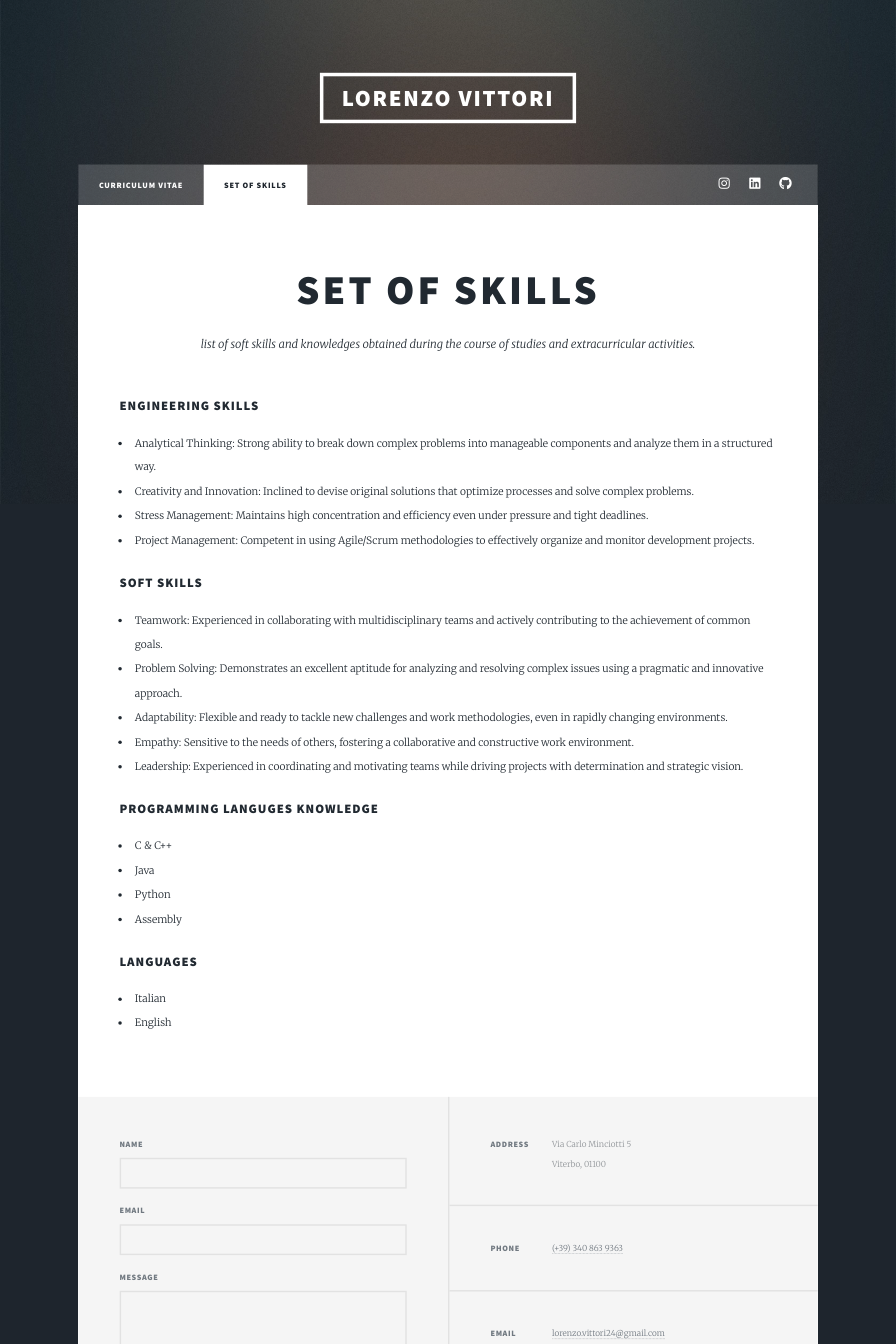
Repository: Vittori00/vittori00.github.io
Page: generic.html
These files come from the project's save history. The page is drawn as it stood at one moment and after the next save; the edit follows.
The browser window is 1280 px wide. The pictures show the part of the page from y = 0 to 1920 px (the page is 2298 px tall before and 3231 px after), at 70% of full size.

Above is the page before, as saved 2025-07-08 10:03:40.

After the next save:
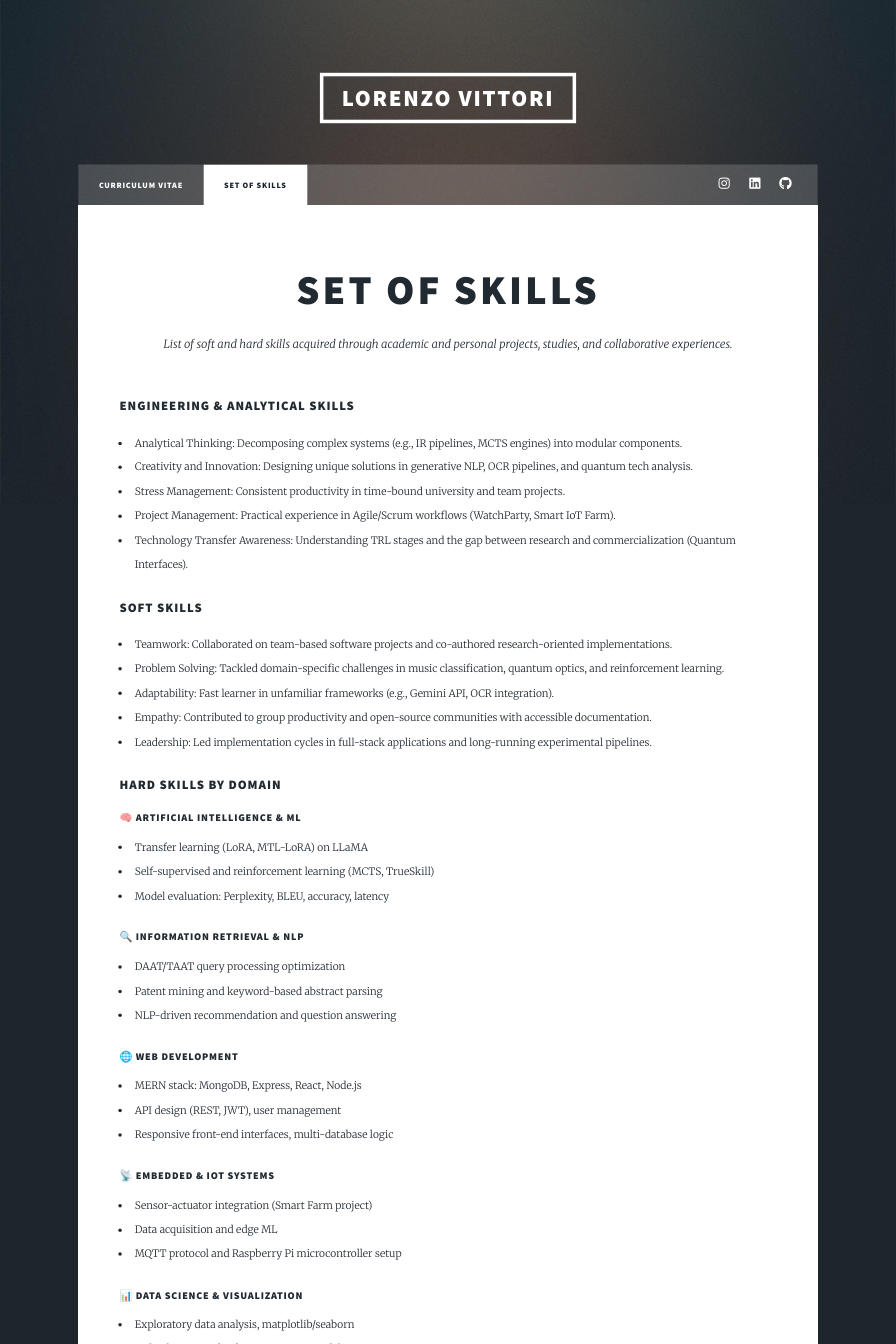
Saved 6 min 54 s later.
--- a/generic.html
+++ b/generic.html
@@ -47,42 +47,86 @@
 		<div id="main">
 
 			<!-- Post -->
-			<section class="post">
-				<header class="major">
-
-					<h1>Set of skills</h1>
-					<p>list of soft skills and knowledges obtained during the course of studies and extracurricular
-						activities.</p>
-				</header>
-				<h3>engineering skills</h3>
-				<ul>
-					<li>Analytical Thinking: Strong ability to break down complex problems into manageable components and analyze them in a structured way.</li>
-					<li>Creativity and Innovation: Inclined to devise original solutions that optimize processes and solve complex problems.</li>
-					<li>Stress Management: Maintains high concentration and efficiency even under pressure and tight deadlines.</li>
-					<li>Project Management: Competent in using Agile/Scrum methodologies to effectively organize and monitor development projects.</li>
-				</ul>
-				<h3>Soft skills</h3>
-				<ul>
-					<li>Teamwork: Experienced in collaborating with multidisciplinary teams and actively contributing to the achievement of common goals.</li>
-					<li>Problem Solving: Demonstrates an excellent aptitude for analyzing and resolving complex issues using a pragmatic and innovative approach.</li>
-					<li>Adaptability: Flexible and ready to tackle new challenges and work methodologies, even in rapidly changing environments.</li>
-					<li>Empathy: Sensitive to the needs of others, fostering a collaborative and constructive work environment.</li>
-					<li>Leadership: Experienced in coordinating and motivating teams while driving projects with determination and strategic vision.</li>
-				</ul>
-				<h3>Programming languges knowledge</h3>
-				<ul>
-					<li>C & C++</li>
-					<li>Java</li>
-					<li>Python</li>
-					<li>Assembly</li>
-				</ul>
-				<h3>Languages</h3>
-				<ul>
-					<li>Italian</li>
-					<li>English</li>
-
-				</ul>
-			</section>
+<section class="post">
+	<header class="major">
+		<h1>Set of skills</h1>
+		<p>List of soft and hard skills acquired through academic and personal projects, studies, and collaborative experiences.</p>
+	</header>
+
+	<h3>Engineering & Analytical Skills</h3>
+	<ul>
+		<li>Analytical Thinking: Decomposing complex systems (e.g., IR pipelines, MCTS engines) into modular components.</li>
+		<li>Creativity and Innovation: Designing unique solutions in generative NLP, OCR pipelines, and quantum tech analysis.</li>
+		<li>Stress Management: Consistent productivity in time-bound university and team projects.</li>
+		<li>Project Management: Practical experience in Agile/Scrum workflows (WatchParty, Smart IoT Farm).</li>
+		<li>Technology Transfer Awareness: Understanding TRL stages and the gap between research and commercialization (Quantum Interfaces).</li>
+	</ul>
+
+	<h3>Soft Skills</h3>
+	<ul>
+		<li>Teamwork: Collaborated on team-based software projects and co-authored research-oriented implementations.</li>
+		<li>Problem Solving: Tackled domain-specific challenges in music classification, quantum optics, and reinforcement learning.</li>
+		<li>Adaptability: Fast learner in unfamiliar frameworks (e.g., Gemini API, OCR integration).</li>
+		<li>Empathy: Contributed to group productivity and open-source communities with accessible documentation.</li>
+		<li>Leadership: Led implementation cycles in full-stack applications and long-running experimental pipelines.</li>
+	</ul>
+
+	<h3>Hard Skills by Domain</h3>
+
+	<h4>🧠 Artificial Intelligence & ML</h4>
+	<ul>
+		<li>Transfer learning (LoRA, MTL-LoRA) on LLaMA</li>
+		<li>Self-supervised and reinforcement learning (MCTS, TrueSkill)</li>
+		<li>Model evaluation: Perplexity, BLEU, accuracy, latency</li>
+	</ul>
+
+	<h4>🔍 Information Retrieval & NLP</h4>
+	<ul>
+		<li>DAAT/TAAT query processing optimization</li>
+		<li>Patent mining and keyword-based abstract parsing</li>
+		<li>NLP-driven recommendation and question answering</li>
+	</ul>
+
+	<h4>🌐 Web Development</h4>
+	<ul>
+		<li>MERN stack: MongoDB, Express, React, Node.js</li>
+		<li>API design (REST, JWT), user management</li>
+		<li>Responsive front-end interfaces, multi-database logic</li>
+	</ul>
+
+	<h4>📡 Embedded & IoT Systems</h4>
+	<ul>
+		<li>Sensor-actuator integration (Smart Farm project)</li>
+		<li>Data acquisition and edge ML</li>
+		<li>MQTT protocol and Raspberry Pi microcontroller setup</li>
+	</ul>
+
+	<h4>📊 Data Science & Visualization</h4>
+	<ul>
+		<li>Exploratory data analysis, matplotlib/seaborn</li>
+		<li>Scikit-learn, Pandas for prototyping models</li>
+		<li>Audio feature extraction (MFCCs, tempo, spectral centroids)</li>
+	</ul>
+
+	<h4>🧬 Quantum Technologies (Paper)</h4>
+	<ul>
+		<li>Photonics & quantum emitter fundamentals</li>
+		<li>Technology Readiness Level (TRL) analysis</li>
+		<li>Patent landscape and commercialization pipeline</li>
+	</ul>
+
+	<h3>Programming Languages</h3>
+	<ul>
+		<li>Python, Java, C/C++, Assembly</li>
+		<li>JavaScript (React, Node), SQL/MongoDB</li>
+	</ul>
+
+	<h3>Languages</h3>
+	<ul>
+		<li>Italian (native), English (fluent)</li>
+	</ul>
+</section>
+
 
 		</div>
 		<!-- Footer -->
